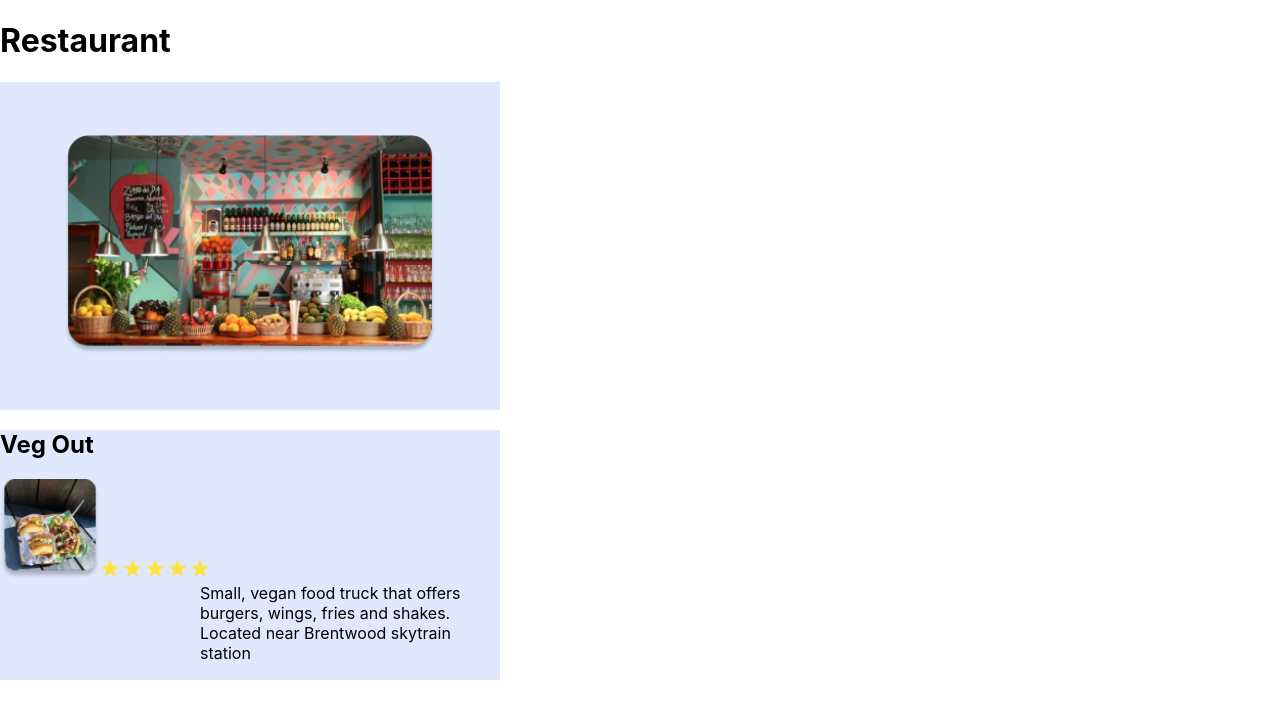
Repository: Kinakopan/design_mindfulEating_site
Page: /restaurant (app in firstapp/)
The author's editor kept a copy of each file at every save. The page is drawn from the files as they stood at one save, then again after the next save.
The browser window is 1280 px wide. The pictures show the whole page.
The project was rebuilt for these pictures with package versions that can differ from the ones it lists, and the page was loaded fresh each time. The framework's server and built-in components were replaced by stand-ins that run in the browser. Also part of the build but not shown: firstapp/next.config.js.

Above is the page before, as saved 2022-04-20 16:53:41.

After the next save:
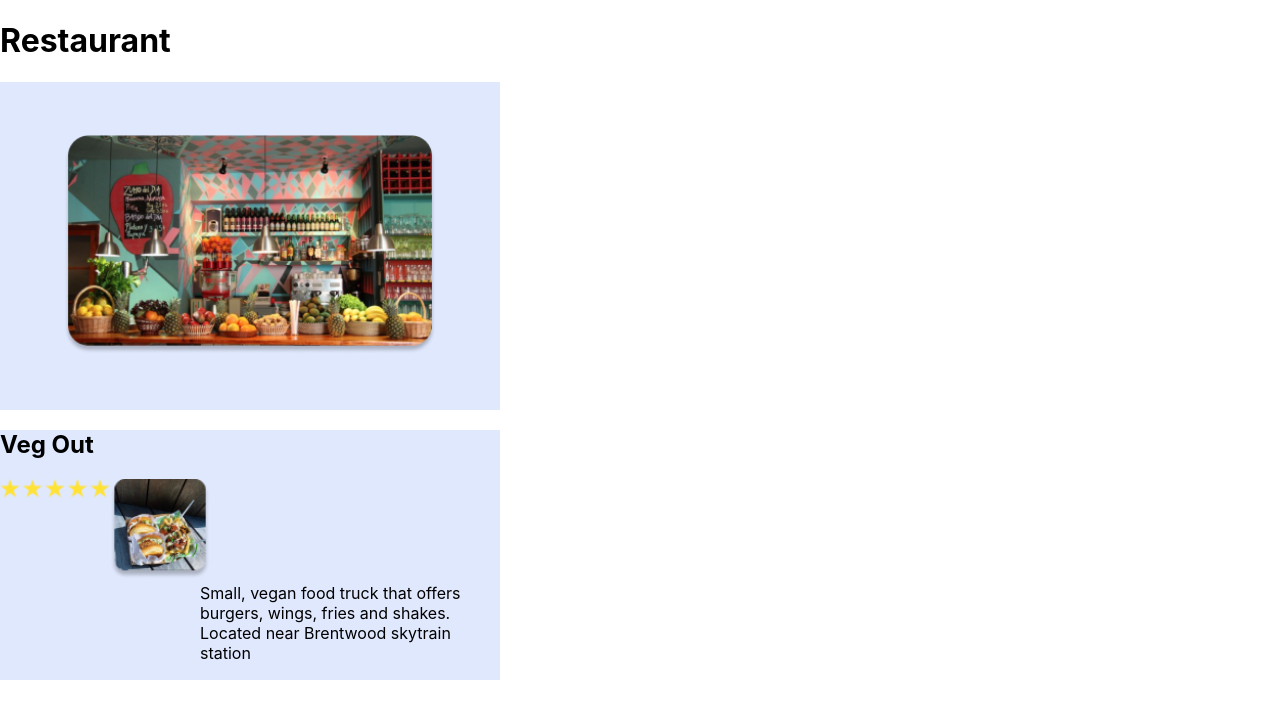
Saved 11 s later.
--- a/firstapp/comps/RestaurantCard.js
+++ b/firstapp/comps/RestaurantCard.js
@@ -42,6 +42,7 @@
 ;
 
 const Button = styled.img`
+float:left;
 background-color:"red";
 height:20px;
 `

After the save that followed:
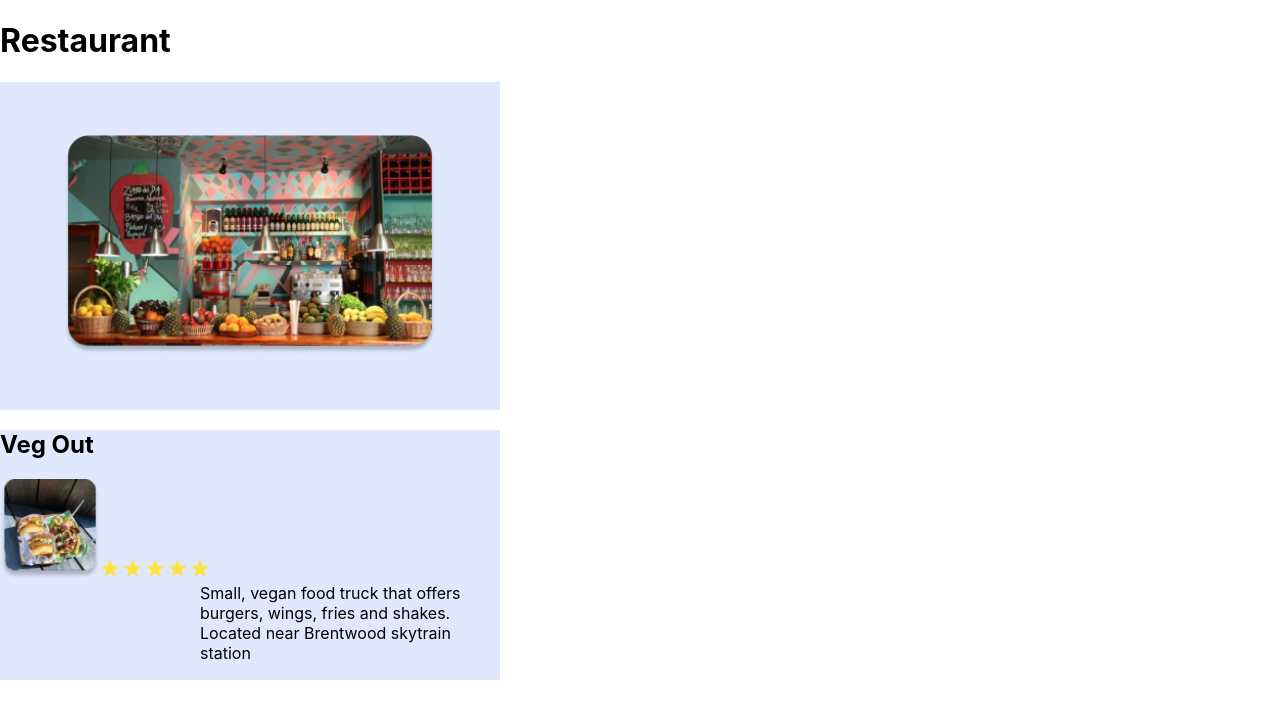
Saved 8 s later.
--- a/firstapp/comps/RestaurantCard.js
+++ b/firstapp/comps/RestaurantCard.js
@@ -42,7 +42,7 @@
 ;
 
 const Button = styled.img`
-float:left;
+left:0;
 background-color:"red";
 height:20px;
 `
